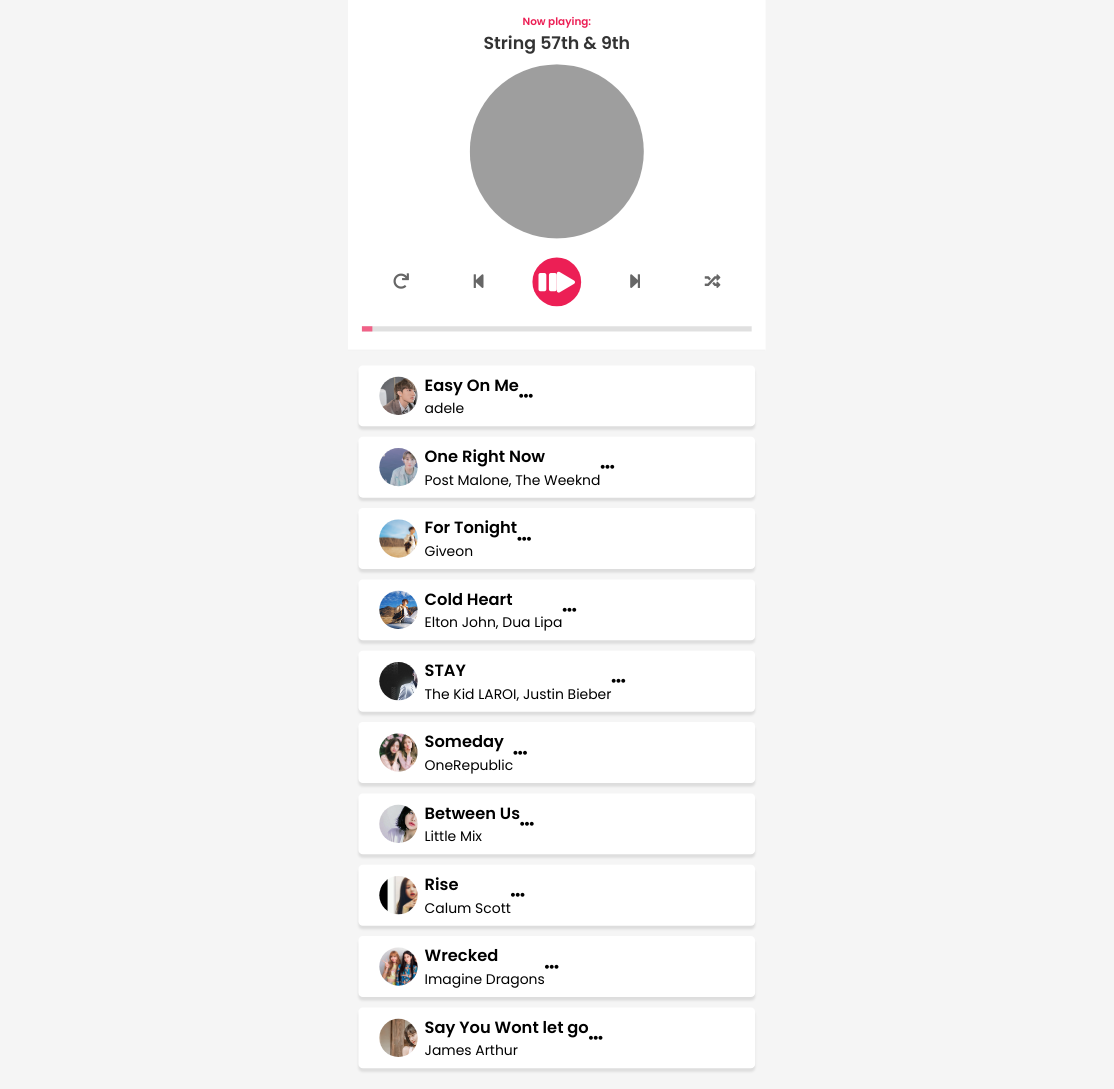
Repository: maivannhan1998/MusicPlayer.github.io
Page: index.html
An editor plug-in stored every save of this project. The page is shown before and after the next save, followed by the edit.
The browser window is 1280 px wide. The pictures show the whole page, at 87% of full size.
Pictures or frames that could not be fetched are drawn as grey boxes.

Above is the page before, as saved 2021-11-09 16:12:34.

After the next save:
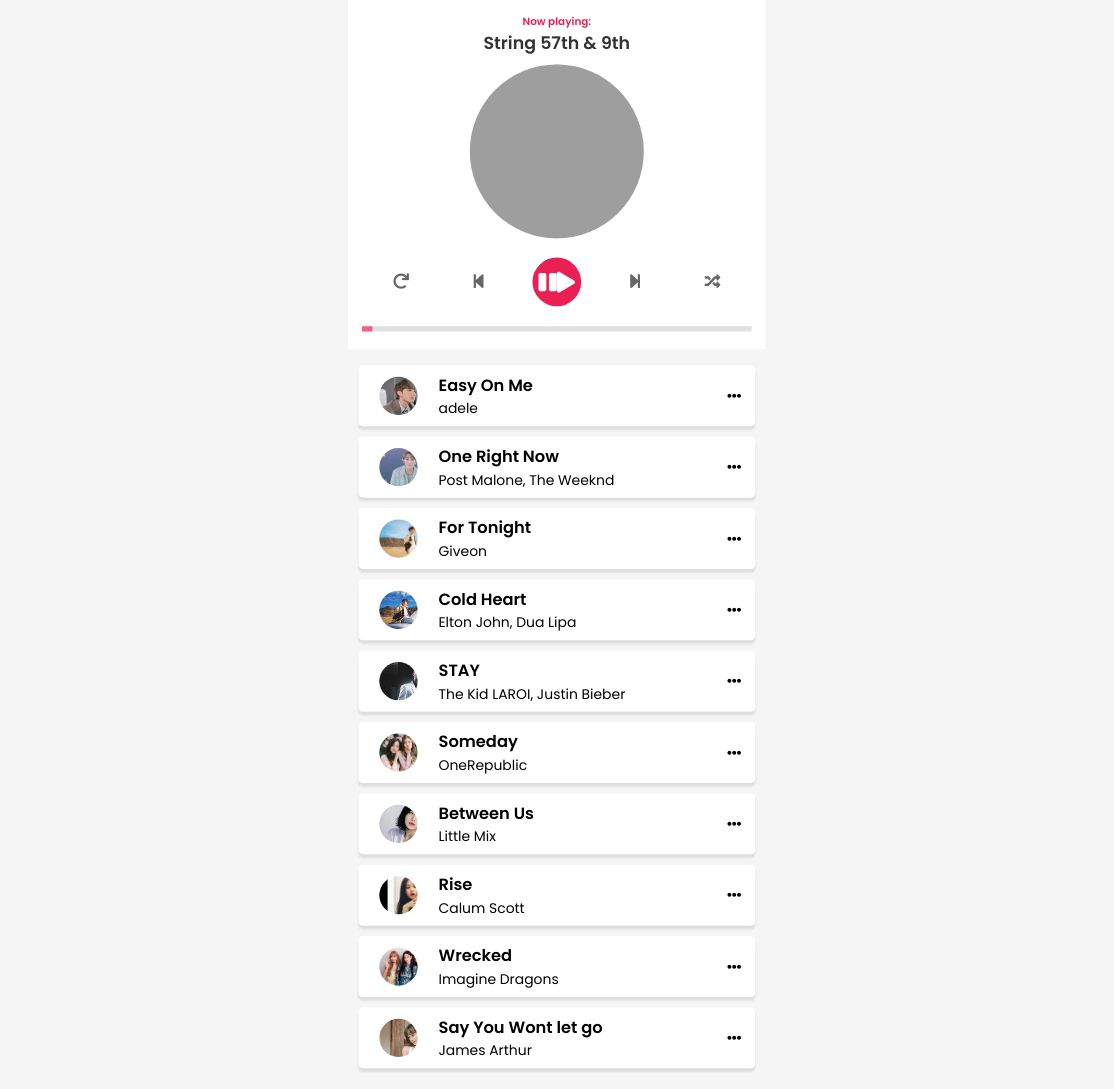
Saved 4 s later.
--- a/assets/css/main.css
+++ b/assets/css/main.css
@@ -132,10 +132,10 @@ header h4 {
   margin: 0 8px;
 }
 
-/* .song .body {
+.song .body {
   flex: 1;
   padding: 0 16px;
-} */
+}
 
 /* .song .title {
   font-size: 18px;
